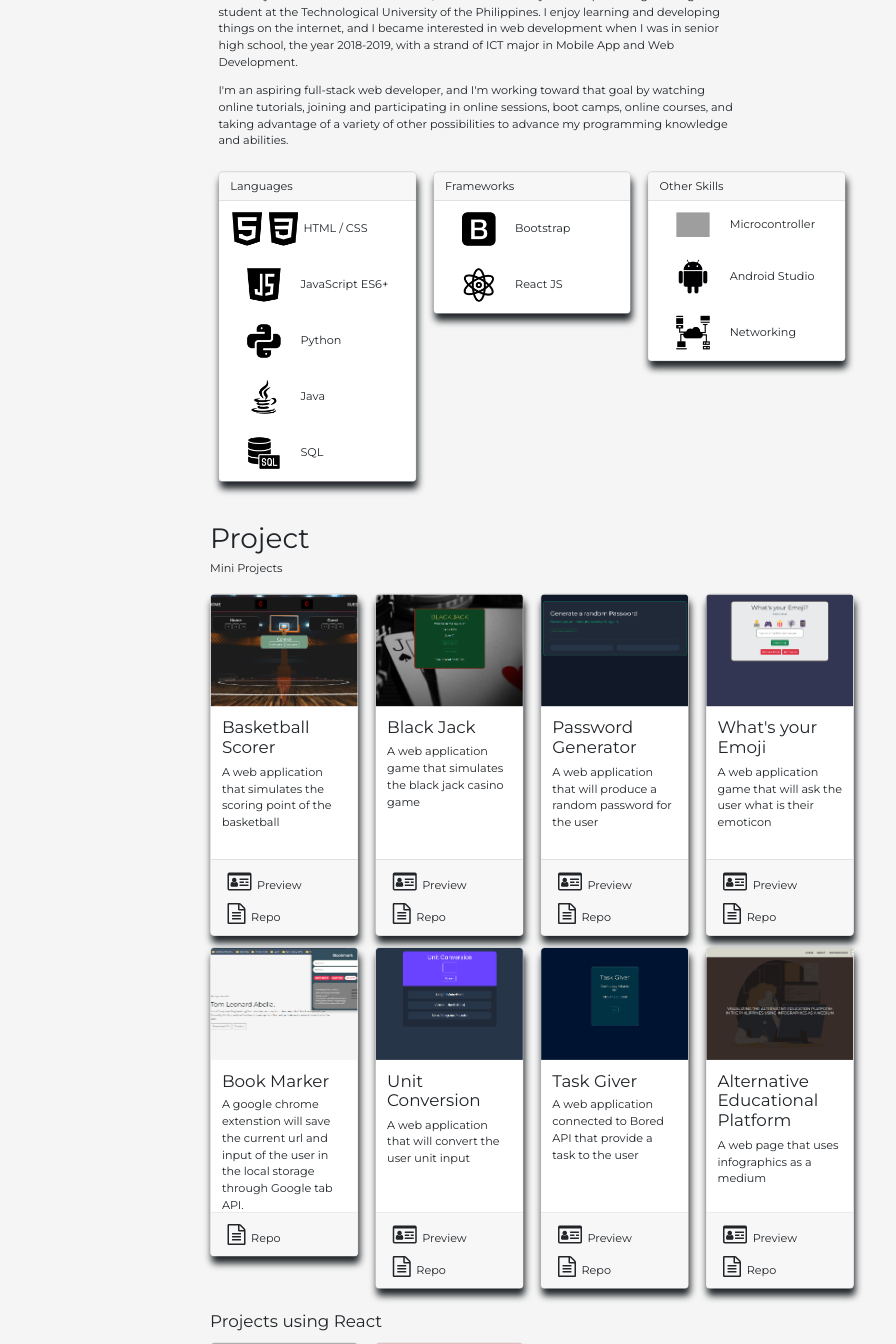
Repository: tom-abella/Portfolio
Page: index.html
The author's editor kept a copy of each file at every save. The page is drawn from the files as they stood at one save, then again after the next save.
The browser window is 1280 px wide. The pictures show the part of the page from y = 803 to 2723 px (the page is 3347 px tall), at 70% of full size.
Pictures or frames that could not be fetched are drawn as grey boxes.

Above is the page before, as saved 2022-11-25 11:23:23.
Console error: ReferenceError: emailjs is not defined

After the next save:
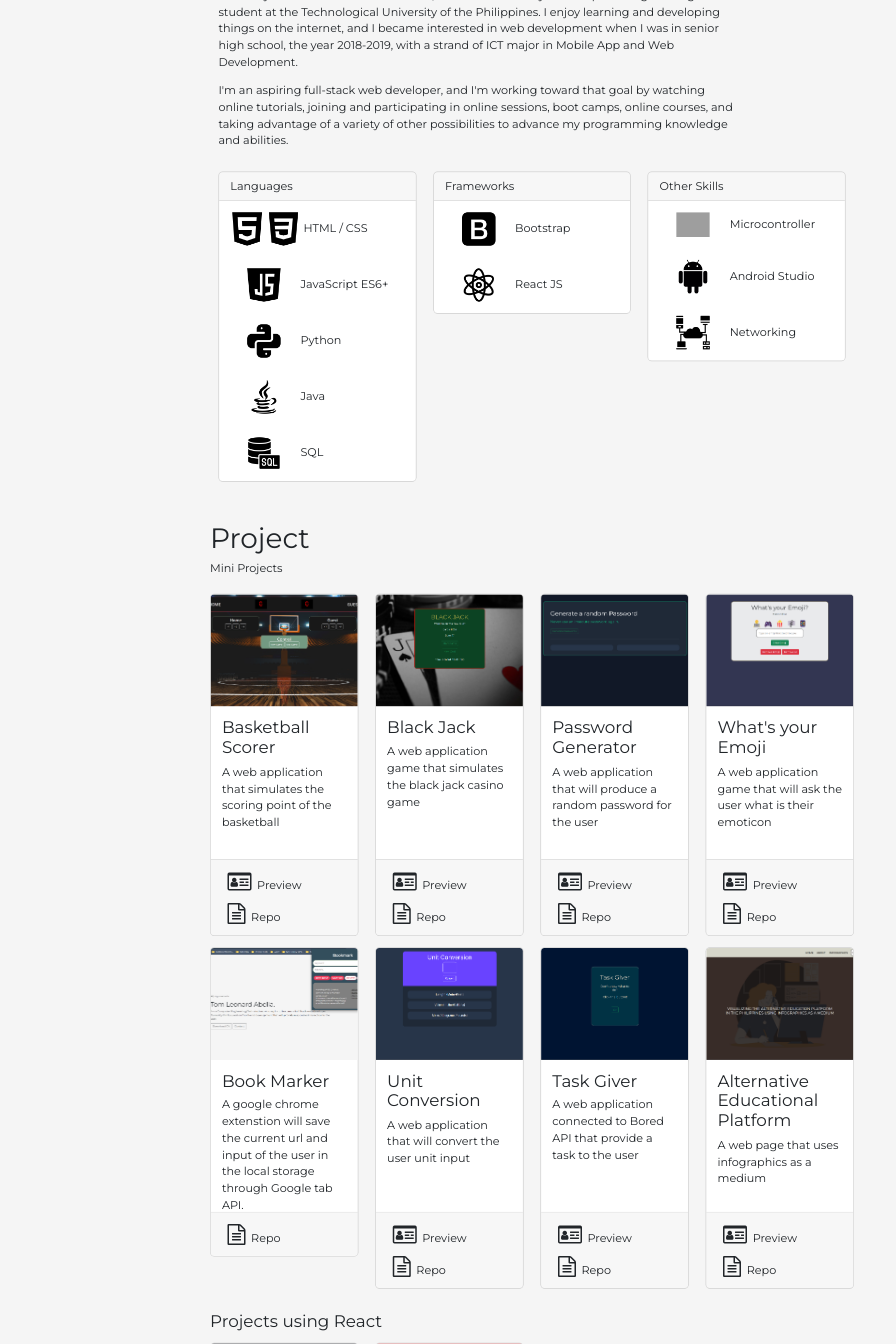
Saved 40 s later.
--- a/style.css
+++ b/style.css
@@ -16,9 +16,7 @@ img{
     color:#fff;
 
 }
-.card{
-    box-shadow: 2px 10px 10px #212529;
-}
+
 .navbar .nav-link.active{
     color:grey;
 }
